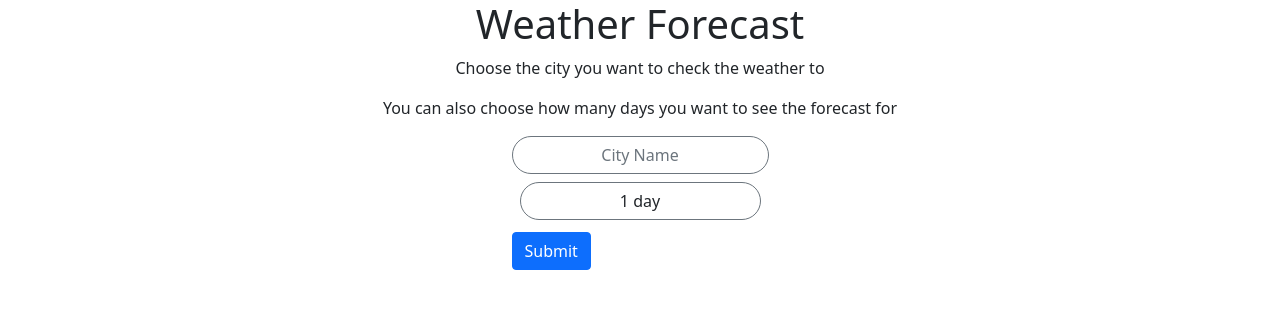
Repository: DimitrisDoxopoulos/my-own-weather-app
Page: /
These files come from the project's save history. The page is drawn as it stood at one moment and after the next save; the edit follows.
The browser window is 1280 px wide. The pictures show the whole page.
The project was rebuilt for these pictures with package versions that can differ from the ones it lists, and the page was loaded fresh each time.

Above is the page before, as saved 2021-06-03 18:51:08.

### src/App.js
import './App.css';

/*--------------- Importing Components ------------------- */
import Wrapper from './components/Wrapper'
import Header from './components/Header'
import Tagline from './components/Tagline'
import Form from './components/Form'
/*--------------- Importing Components ------------------- */

function App() {
  return (
    <div className="App">
      <Wrapper>
        <Header />
        <Tagline />
        <Form />
      </Wrapper>
    </div>
  );
}

export default App;

### src/App.css
.App {
  /* text-align: center; */
}

.App-logo {
  height: 40vmin;
  pointer-events: none;
}

.App-header {
  background-color: #282c34;
  min-height: 100vh;
  display: flex;
  flex-direction: column;
  align-items: center;
  justify-content: center;
  font-size: calc(10px + 2vmin);
  color: white;
}

.App-link {
  color: #61dafb;
}

### src/components/Wrapper.js
import React from 'react';

const Wrapper = (props) => {
    return(
    <div className='d-flex flex-column justify-content-center align-items-center'>
        { props.children }
    </div>
    )
}

export default Wrapper;

### src/components/Header.js
import React from 'react'

const Header = () => {
    return (
        <div className="">
            <h1 className="">Weather Forecast</h1>
        </div>
    )
}

export default Header

### src/components/Tagline.js
import React from 'react'

const Tagline = () => {
    return (
        <div className="text-center">
            <p>Choose the city you want to check the weather to</p>
            <p>You can also choose how many days you want to see the forecast for</p>
        </div>
    )
}

export default Tagline

### src/components/Form.js
import React from 'react'

const Form = () => {
    return (
        <div>
            <form>
                <div className="form-group">
                    <input type="text" className="form-control border-secondary rounded-pill text-center" id="exampleFormControlInput1" placeholder="City Name" />
                </div>
                <div className="form-group d-flex p-2">
                    <select className="form-control border-secondary rounded-pill text-center" id="exampleFormControlSelect1" placeholder="How many days?">
                        <option value="1">1 day</option>
                        <option value="2">2 days</option>
                        <option value="3">3 days</option>
                        <option value="4">4 days</option>
                        <option value="5">5 days</option>
                    </select>
                </div>
                <input className="btn btn-primary mt-1" type="submit" value="Submit" />
            </form>
        </div>
    )
}

export default Form

Loaded but not shown: public/index.html (common file); src/index.js (common file); src/index.css (common file); src/reportWebVitals.js (common file)

After the next save:
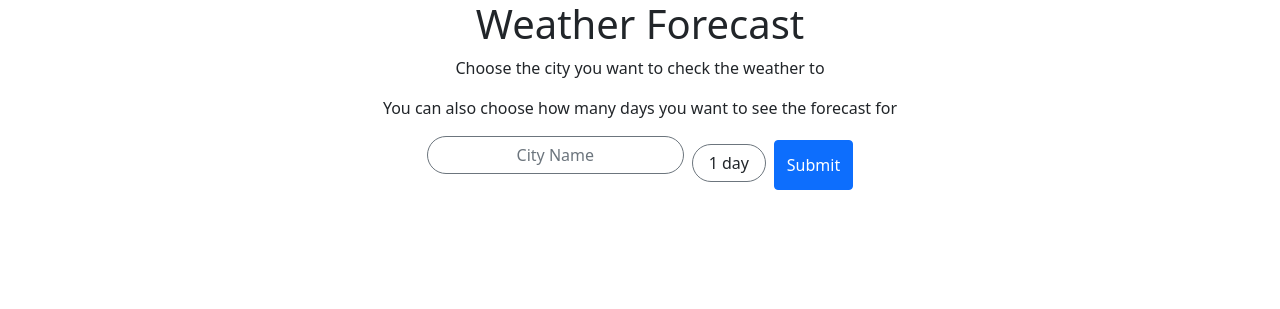
Saved 13 s later.
--- a/src/components/Form.js
+++ b/src/components/Form.js
@@ -3,7 +3,7 @@ import React from 'react'
 const Form = () => {
     return (
         <div>
-            <form>
+            <form className="d-flex">
                 <div className="form-group">
                     <input type="text" className="form-control border-secondary rounded-pill text-center" id="exampleFormControlInput1" placeholder="City Name" />
                 </div>
